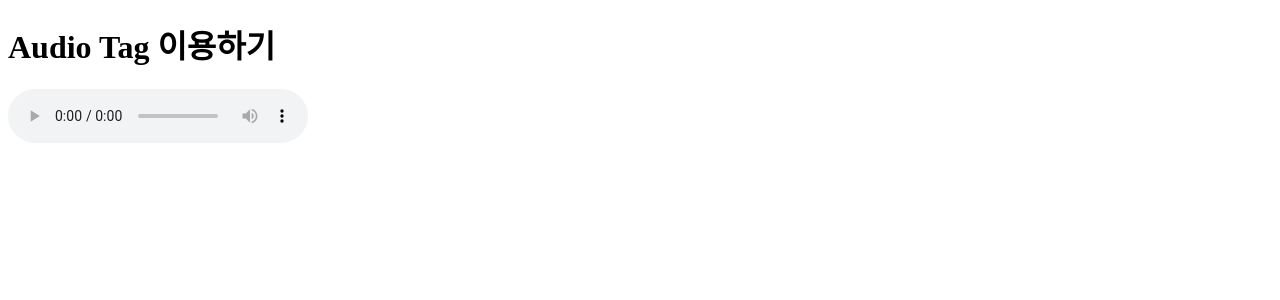
Repository: skybluelion/KB
Page: KB/work05_front/front01_html5/src/main/webapp/html07_media.html
The author's editor kept a copy of each file at every save. The page is drawn from the files as they stood at one save, then again after the next save.
The browser window is 1280 px wide. The pictures show the whole page.

Above is the page before, as saved 2023-04-07 06:29:07.

### KB/work05_front/front01_html5/src/main/webapp/html07_media.html
<!DOCTYPE html>
<html>
<head>
<meta charset="UTF-8">
<title>Insert title here</title>
<style type="text/css">
	h1 {
		margin
	}
</style>

</head>
<body>
	<div id="Wrap" >
		<h1>Audio Tag 이용하기</h1>
		<audio src="./media/Kalimba.mp3" controls="controls" autoplay="autoplay"></audio>
	</div>
</body>
</html>

After the next save:
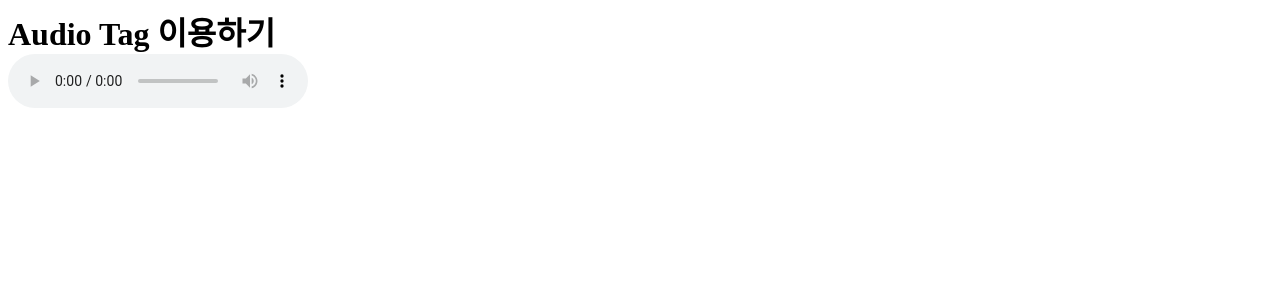
Saved 11 s later.
--- a/KB/work05_front/front01_html5/src/main/webapp/html07_media.html
+++ b/KB/work05_front/front01_html5/src/main/webapp/html07_media.html
@@ -5,7 +5,7 @@
 <title>Insert title here</title>
 <style type="text/css">
 	h1 {
-		margin
+		margin: 0 auto;
 	}
 </style>
 
